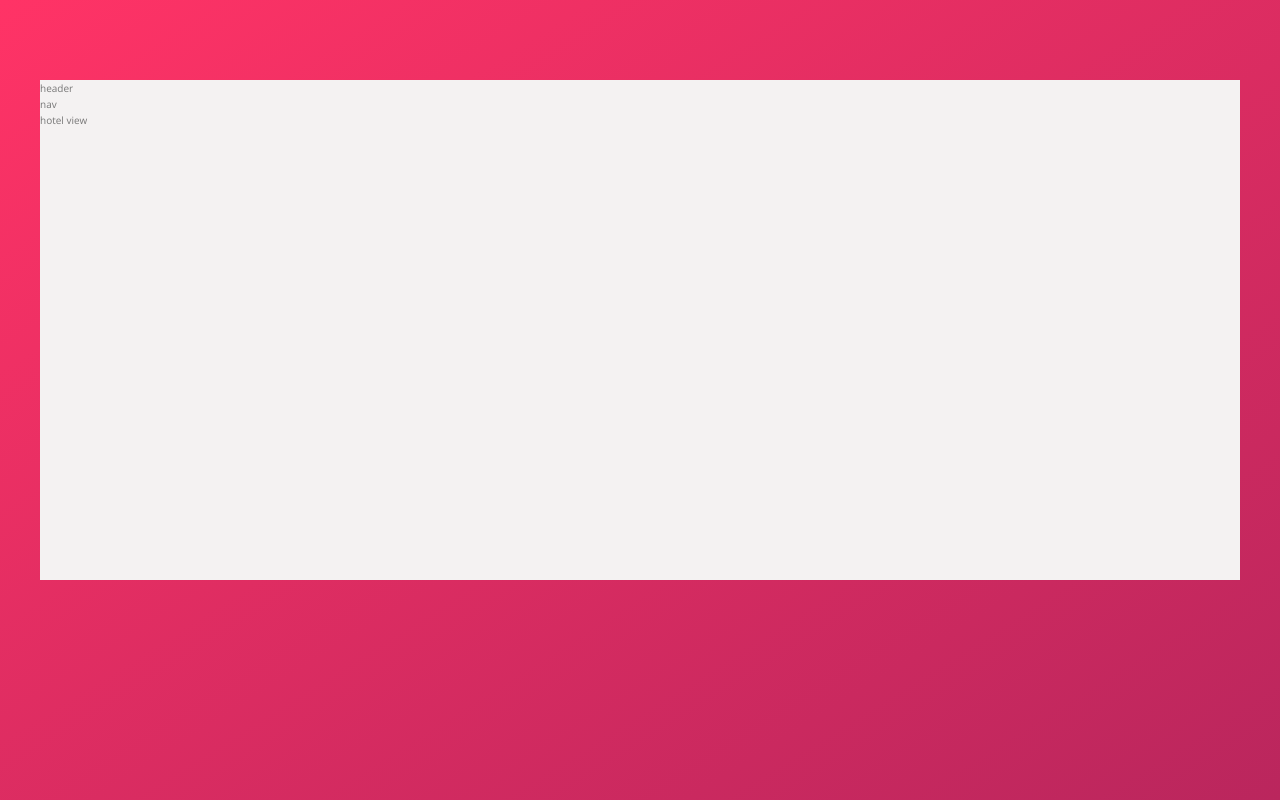
Repository: ajayaj2001/modern-Hotel
Page: /
An editor plug-in stored every save of this project. The page is shown before and after the next save, followed by the edit.
The browser window is 1280 px wide. The pictures show the whole page.
The project was rebuilt for these pictures with package versions that can differ from the ones it lists, and the page was loaded fresh each time. Also part of the build but not shown: src/header/Header.scss.

Above is the page before, as saved 2020-12-12 00:14:50.

### public/index.html
<!DOCTYPE html>
<html lang="en">

<head>
  <meta charset="utf-8" />
  <link rel="icon" href="%PUBLIC_URL%/favicon.ico" />
  <meta name="viewport" content="width=device-width, initial-scale=1" />
  <meta name="theme-color" content="#000000" />
  <meta name="description" content="Web site created using create-react-app" />
  <link rel="apple-touch-icon" href="%PUBLIC_URL%/logo192.png" />
  <link rel="preconnect" href="https://fonts.gstatic.com">
  <link href="https://fonts.googleapis.com/css2?family=Open+Sans:wght@300;400;600&display=swap" rel="stylesheet">
  <!--
      manifest.json provides metadata used when your web app is installed on a
      user's mobile device or desktop. See https://developers.google.com/web/fundamentals/web-app-manifest/
    -->
  <link rel="manifest" href="%PUBLIC_URL%/manifest.json" />
  <!--
      Notice the use of %PUBLIC_URL% in the tags above.
      It will be replaced with the URL of the `public` folder during the build.
      Only files inside the `public` folder can be referenced from the HTML.

      Unlike "/favicon.ico" or "favicon.ico", "%PUBLIC_URL%/favicon.ico" will
      work correctly both with client-side routing and a non-root public URL.
      Learn how to configure a non-root public URL by running `npm run build`.
    -->
  <title>React App</title>
</head>

<body>
  <noscript>You need to enable JavaScript to run this app.</noscript>
  <div id="root"></div>
  <!--
      This HTML file is a template.
      If you open it directly in the browser, you will see an empty page.

      You can add webfonts, meta tags, or analytics to this file.
      The build step will place the bundled scripts into the <body> tag.

      To begin the development, run `npm start` or `yarn start`.
      To create a production bundle, use `npm run build` or `yarn build`.
    -->
</body>

</html>

### src/index.js
import React from 'react';
import ReactDOM from 'react-dom';
import './index.scss';
import App from '../src/app/App';

ReactDOM.render(
  <React.StrictMode>
    <App />
  </React.StrictMode>,
  document.getElementById('root')
);

### src/index.scss
@import "../src/scss/reuse.scss";
* {
  margin: 0;
  padding: 0;
}
:root {
  --color-primary: #eb2f64;
  --color-primary-light: #ff3366;
  --color-primary-dark: #ba265d;

  --color-gray-light-1: #faf9f9;
  --color-gray-light-2: #f4f2f2;
  --color-gray-light-3: #f0eeee;
  --color-gray-light-4: #ccc;

  --color-gray-dark-1: #333;
  --color-gray-dark-2: #777;
  --color-gray-dark-3: #999;

  --dark-shadow: 0 2rem 6rem rgba(rgb(217, 238, 24), 0.3);
}
*,
*::before,
*::after {
  box-sizing: inherit;
}
html {
  box-sizing: border-box;
  font-size: 62.5%; //1rem=10px 10px/16px=62.5%
}
body {
  font-family: "Open Sans", sans-serif;
  -webkit-font-smoothing: antialiased;
  -moz-osx-font-smoothing: grayscale;
  font-family: "Open Sans", sans-serif;
  font-weight: 400;
  line-height: 1.6;
  background-image: linear-gradient(to right bottom, var(--color-primary-light), var(--color-primary-dark));
  background-size: cover;
  background-repeat: no-repeat;
  min-height: 100vh;
  color: var(--color-gray-dark-2);
}

### src/app/App.js
import React from 'react';
import Header from '../header/Header';
import './App.scss';
function App() {
  return (
    <div className="container">
      <Header className="header" ></Header>
      <div className="content">
        <div className="sidebar">nav</div>
        <main className="hotel-view">
          hotel view
       </main>
      </div>
    </div>
  );
}

export default App;

### src/scss/reuse.scss
// variables

// $primary: #eb2f64;
// $primary-light: #ff3366;
// $primary-dark: #ba265d;

// $gray-light-1: #faf9f9;
// $gray-light-2: #f4f2f2;
// $gray-light-3: #f0eeee;

// $gray-dark-1: #333;
// $gray-dark-2: #777;
// $gray-dark-3: #999;

### src/header/Header.js
import React from 'react'
import './Header.scss';
const Header = () => {
    return (
        <div>
            header
        </div>
    )
}

export default Header

### src/app/App.scss
.container {
    max-width: 120rem;
    margin: 8rem auto;
    background-color: var(--color-gray-light-2);
    box-shadow: var(--dark-shadow);
    min-height: 50rem;
}
.header {
}
.content {
}
.sidebar {
}
.hotel-view {
}

After the next save:
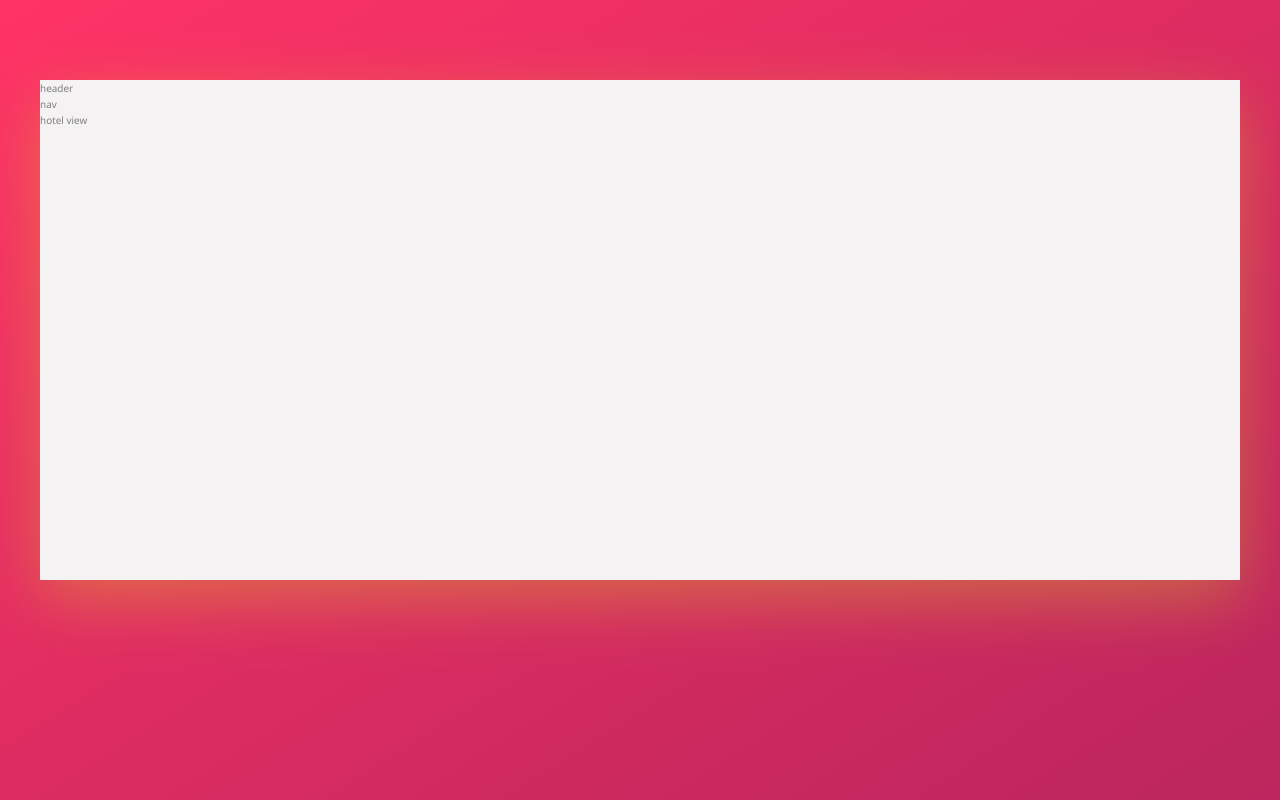
Saved 64 s later.
--- a/src/app/App.scss
+++ b/src/app/App.scss
@@ -2,7 +2,7 @@
     max-width: 120rem;
     margin: 8rem auto;
     background-color: var(--color-gray-light-2);
-    box-shadow: var(--dark-shadow);
+    box-shadow: 0 2rem 6rem rgba(rgb(217, 238, 24), 0.3);
     min-height: 50rem;
 }
 .header {

After the save that followed:
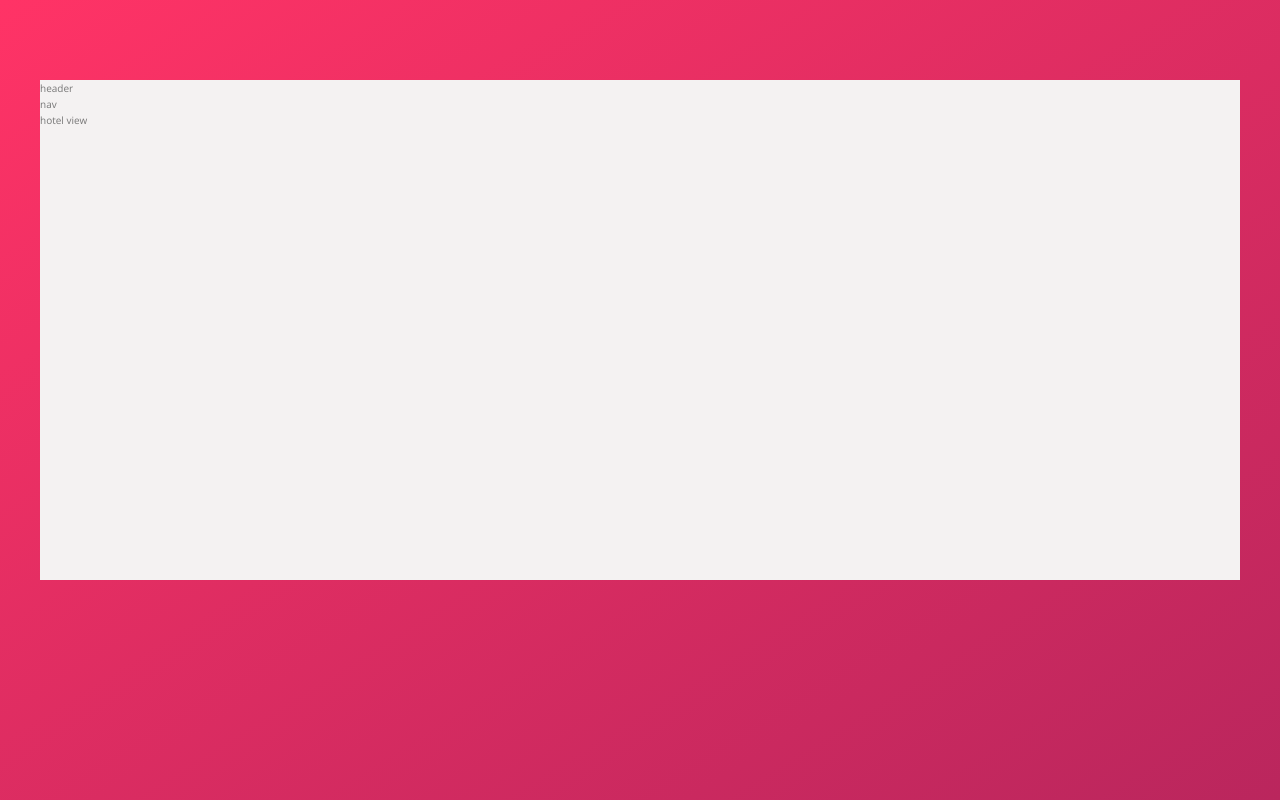
Saved 42 s later.
--- a/src/app/App.scss
+++ b/src/app/App.scss
@@ -2,7 +2,7 @@
     max-width: 120rem;
     margin: 8rem auto;
     background-color: var(--color-gray-light-2);
-    box-shadow: 0 2rem 6rem rgba(rgb(217, 238, 24), 0.3);
+    box-shadow: var(--dark-shadow);
     min-height: 50rem;
 }
 .header {
